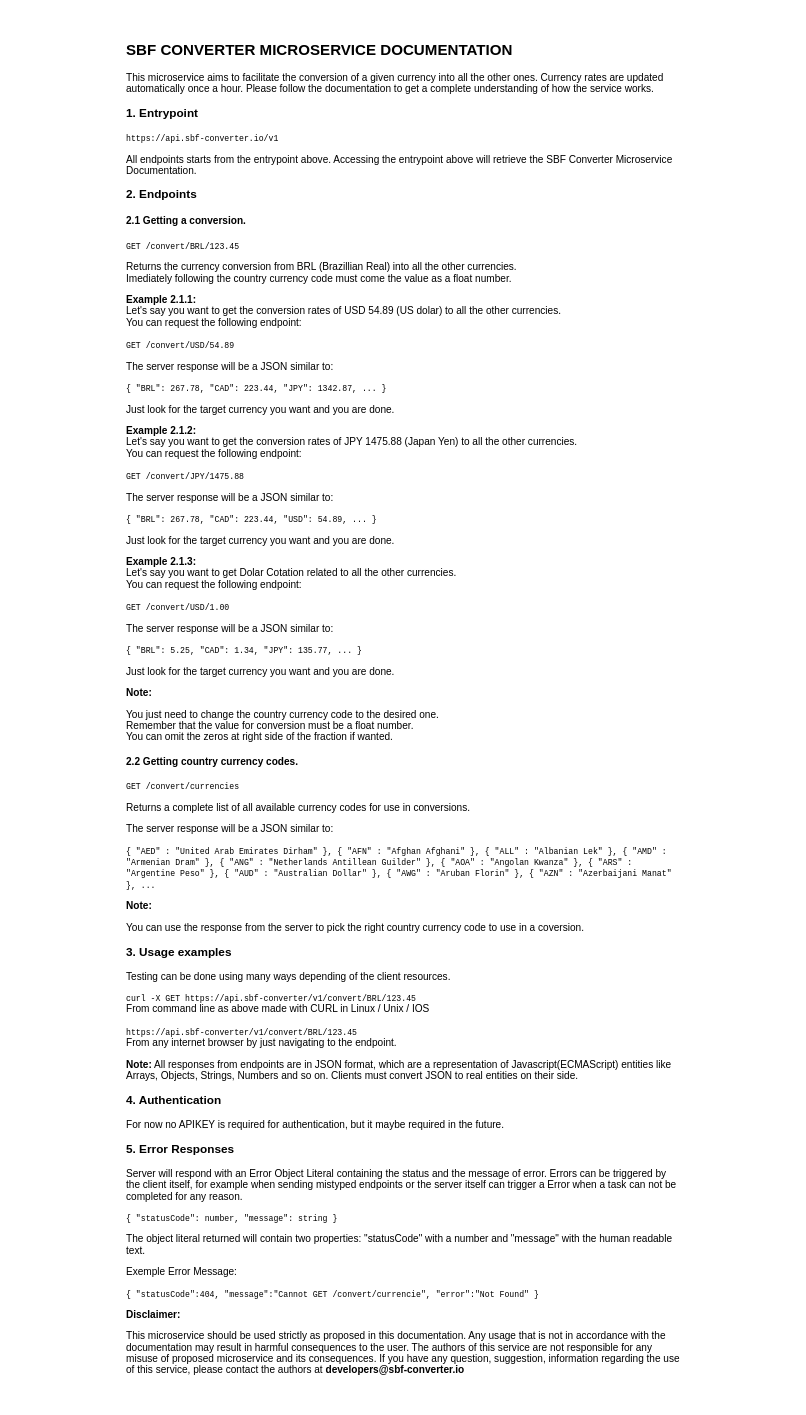
Repository: miguelamello/nestjs-restful-api
Page: documentation.html
These files come from the project's save history. The page is drawn as it stood at one moment and after a run of saves; the edit follows.
The browser window is 1280 px wide. The pictures show the whole page, at 63% of full size.

Above is the page before, as saved 2023-03-23 11:43:58.

After the next 2 saves:
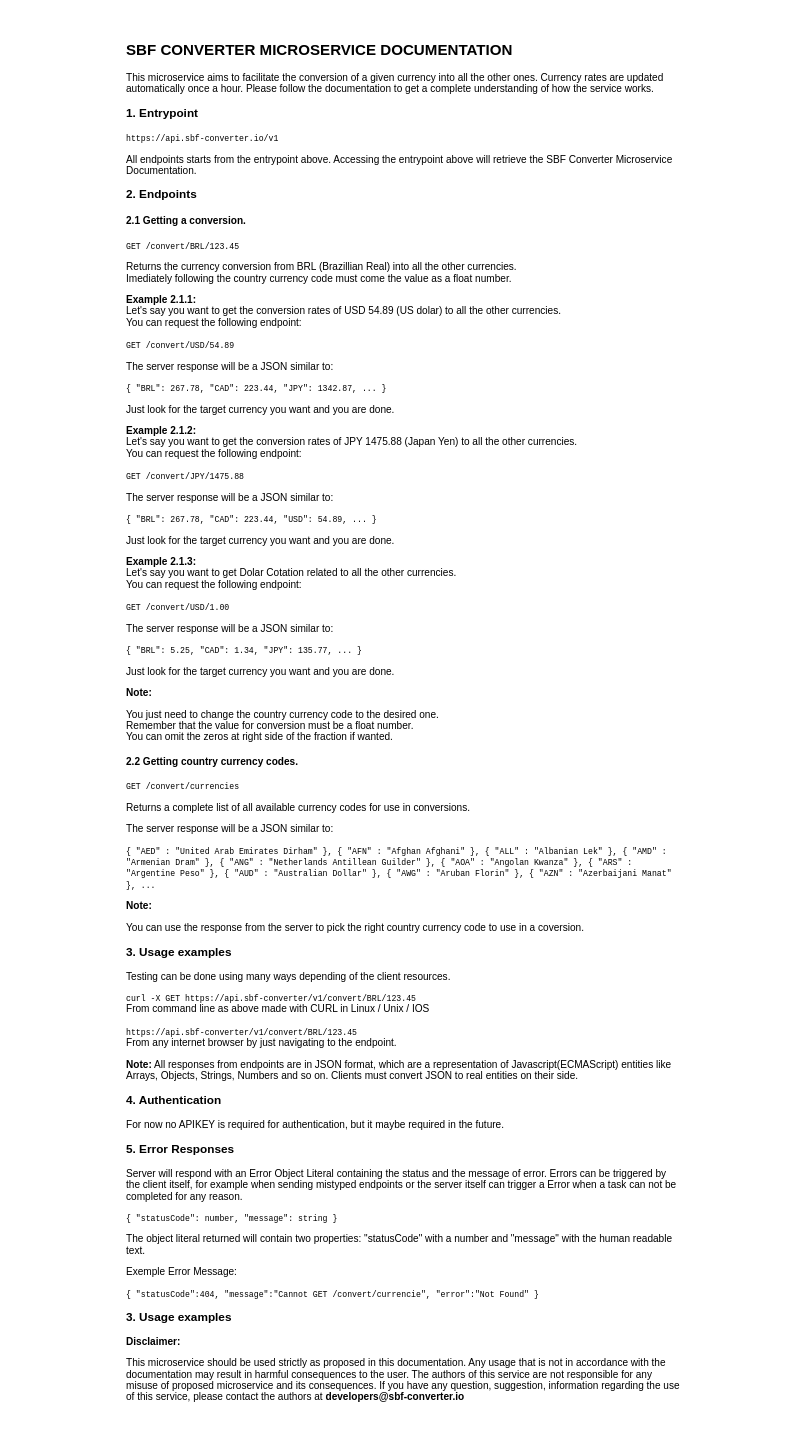
The 2 saves are shown as one change because they came seconds apart.
The last was saved 3 min 1 s later.
--- a/documentation.html
+++ b/documentation.html
@@ -153,6 +153,7 @@
     </code>
   </p>
 
+  <h3>3. Usage examples</h3>
   <p>
     <div><b>Disclaimer:</b></div>
     <p>
